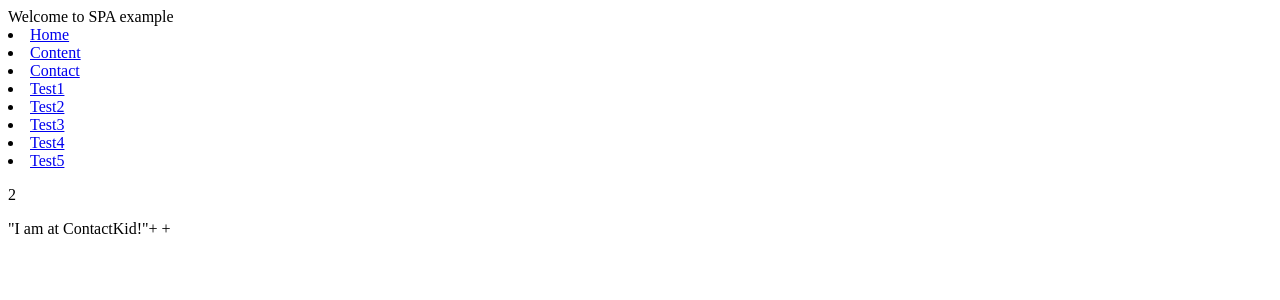
Repository: monikadhok/hoc
Page: /#/contact
The author's editor kept a copy of each file at every save. The page is drawn from the files as they stood at one save, then again after a run of saves.
The browser window is 1280 px wide. The pictures show the whole page.
The project was rebuilt for these pictures with package versions that can differ from the ones it lists, and the page was loaded fresh each time. Also part of the build but not shown: src/Home.js, src/Content.js, src/Test1.js, src/Test2.js, src/testnested3111.js, src/testnested3112.js, src/testnested311.js, src/testNested31.js and 3 more.

Above is the page before, as saved 2018-10-05 14:21:17.

After the next 2 saves:
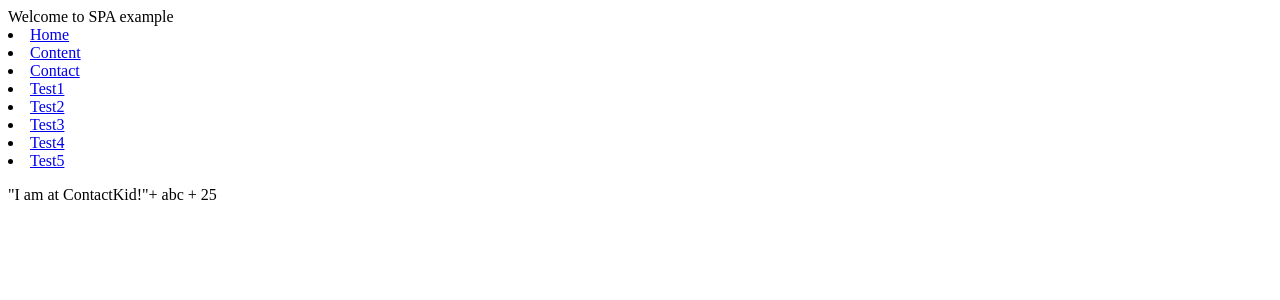
The 2 saves are shown as one change because they came seconds apart.
The last was saved 11 s later.
--- a/src/ContactKid.js
+++ b/src/ContactKid.js
@@ -26,4 +26,5 @@
     }
 }
 
-export default WithPerfComponent(ContactKid);
+//export default WithPerfComponent(ContactKid);
+export default ContactKid;

After the save that followed:
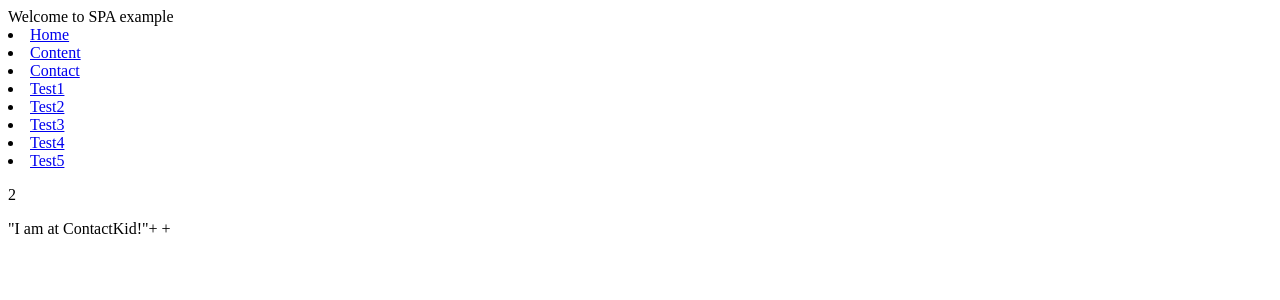
Saved 91 s later.
--- a/src/ContactKid.js
+++ b/src/ContactKid.js
@@ -26,5 +26,5 @@
     }
 }
 
-//export default WithPerfComponent(ContactKid);
-export default ContactKid;
+export default WithPerfComponent(ContactKid);
+//export default ContactKid;
